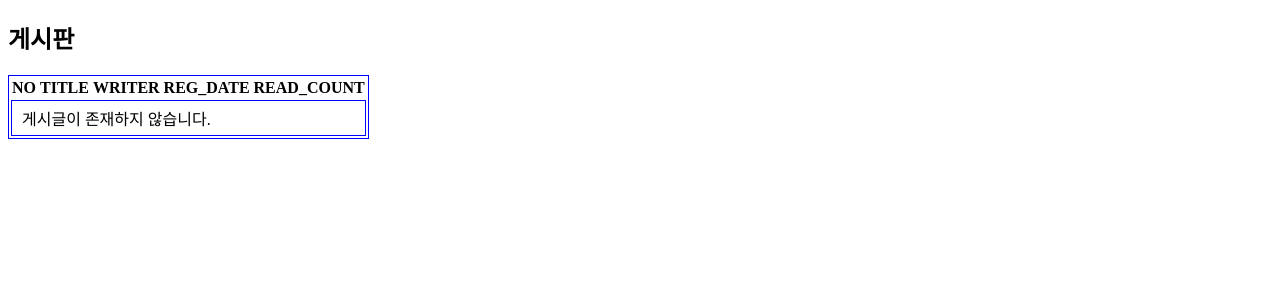
Repository: ddochiisrich/Ddochi-Web
Page: http://localhost/JSPClassCh06_1/boardList01
The author's editor kept a copy of each file at every save. The page is drawn from the files as they stood at one save, then again after the next save.
The browser window is 1280 px wide. The pictures show the whole page.
The page is served by Tomcat 9. Queries for data that is not in the repository find no rows.

Above is the page before, as saved 2024-04-08 15:03:47.

After the next save:
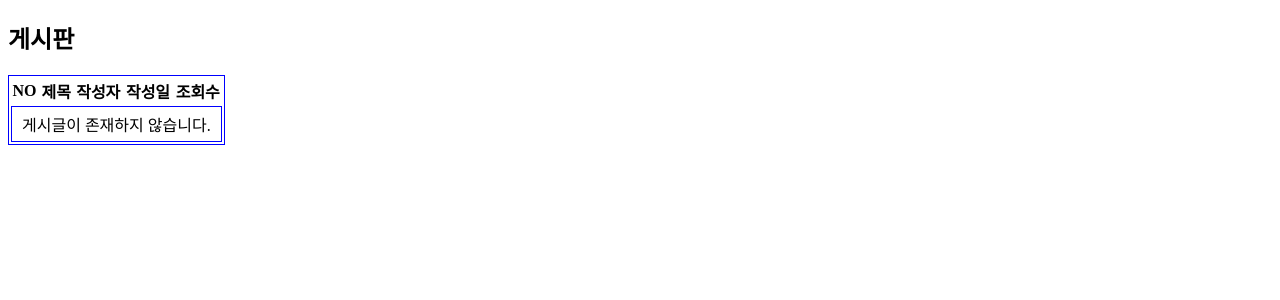
Saved 2 min 11 s later.
--- a/JSPClassCh06_1/src/main/webapp/WEB-INF/board/boardList01.jsp
+++ b/JSPClassCh06_1/src/main/webapp/WEB-INF/board/boardList01.jsp
@@ -22,10 +22,10 @@
 		<table>
 			<tr>
 				<th>NO</th>
-				<th>TITLE</th>
-				<th>WRITER</th>
-				<th>REG_DATE</th>
-				<th>READ_COUNT</th>
+				<th>제목</th>
+				<th>작성자</th>
+				<th>작성일</th>
+				<th>조회수</th>
 			</tr>
 
 			<c:if test="${ not empty bList }">
